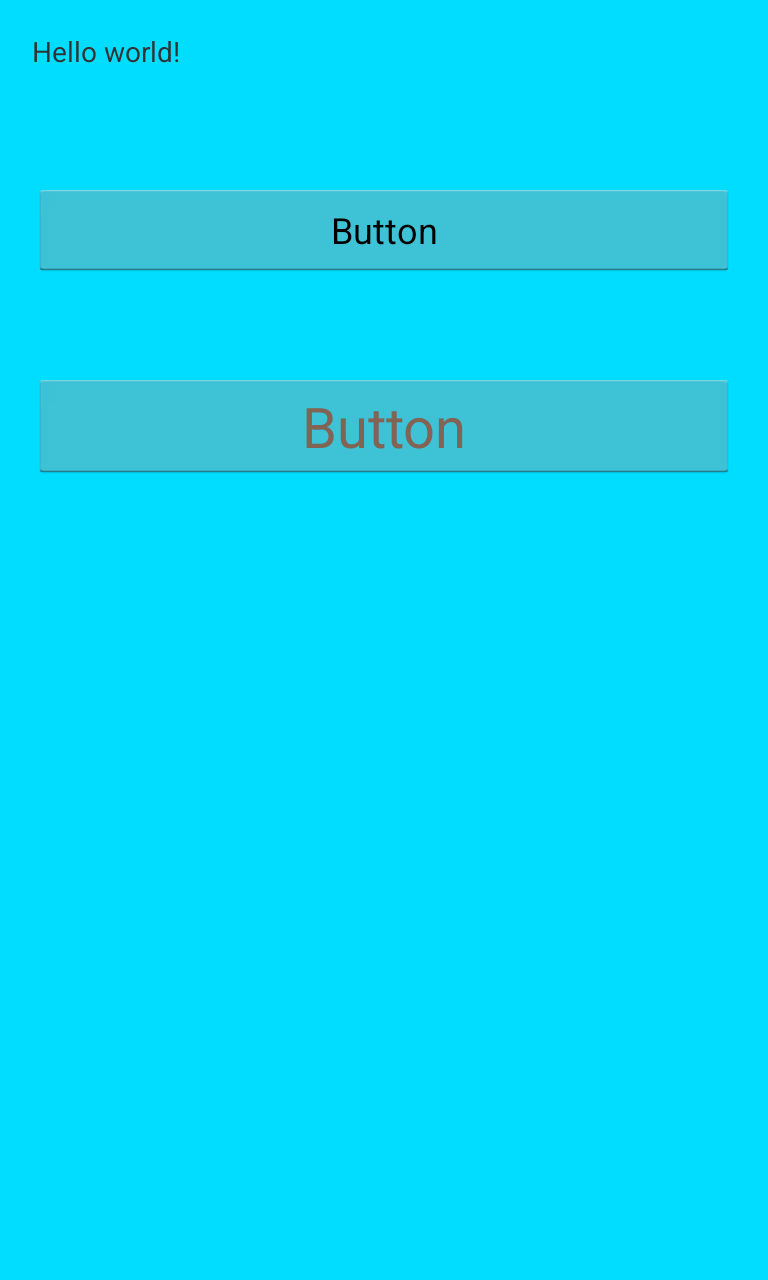
Repository: treizeor/android-examples
Layout: Ch003ThemeAndStyle/res/layout/fragment_main.xml
These files come from the project's save history. The layout is drawn as it stood at one moment and after the next save; the edit follows.
It is drawn on a 768 x 1280 px phone screen (xhdpi) without system bars, with theme AppTheme; the app's code is not run.

Above is the layout before, as saved 2014-06-02 10:13:29.

### Ch003ThemeAndStyle/res/layout/fragment_main.xml
<RelativeLayout xmlns:android="http://schemas.android.com/apk/res/android"
    xmlns:tools="http://schemas.android.com/tools"
    android:layout_width="match_parent"
    android:layout_height="match_parent"
    android:paddingBottom="@dimen/activity_vertical_margin"
    android:paddingLeft="@dimen/activity_horizontal_margin"
    android:paddingRight="@dimen/activity_horizontal_margin"
    android:paddingTop="@dimen/activity_vertical_margin"
    tools:context="com.example.ch003themeandstyle.MainActivity$PlaceholderFragment" >

    <TextView
        android:id="@+id/textView1"
        android:layout_width="wrap_content"
        android:layout_height="wrap_content"
        android:text="@string/hello_world" />

    <Button
        android:id="@+id/button1"
        style="@style/BaseStyle"
        android:layout_alignLeft="@+id/textView1"
        android:layout_below="@+id/textView1"
        android:layout_marginTop="56dp"
        android:text="Button" />

    <Button
        android:id="@+id/button2"
        style="@style/BtnStyle"
        android:layout_alignRight="@+id/button1"
        android:layout_below="@+id/button1"
        android:layout_marginTop="47dp"
        android:text="Button" />

</RelativeLayout>

### Ch003ThemeAndStyle/res/values/styles.xml
<resources xmlns:android="http://schemas.android.com/apk/res/android">

    <!--
        Base application theme, dependent on API level. This theme is replaced
        by AppBaseTheme from res/values-vXX/styles.xml on newer devices.
    -->
    <style name="AppBaseTheme" parent="android:Theme.Light">
        <!--
            Theme customizations available in newer API levels can go in
            res/values-vXX/styles.xml, while customizations related to
            backward-compatibility can go here.
        -->
    </style>

    <!-- Application theme. -->
    <style name="AppTheme" parent="AppBaseTheme">
        <!-- All customizations that are NOT specific to a particular API-level can go here. -->
        <item name="android:windowBackground">@android:color/holo_blue_bright</item>


    </style>

    <style name="BaseStyle">
        <item name="android:layout_width">fill_parent</item>
        <item name="android:layout_height">wrap_content</item>
    </style>

    <style name="BtnStyle" parent="@style/BaseStyle">
        <item name="android:textColor">#826455</item>
        <item name="android:textSize">28dp</item>
    </style>

</resources>

### Ch003ThemeAndStyle/res/values/strings.xml
<?xml version="1.0" encoding="utf-8"?>
<resources>

    <string name="app_name">Ch003ThemeAndStyle</string>
    <string name="hello_world">Hello world!</string>
    <string name="action_settings">Settings</string>

</resources>

Loaded but not shown: Ch003ThemeAndStyle/res/values-v11/styles.xml (common file); Ch003ThemeAndStyle/res/values-v14/styles.xml (common file); Ch003ThemeAndStyle/res/values/dimens.xml (common file); Ch003ThemeAndStyle/res/values-w820dp/dimens.xml (common file)

After the next save:
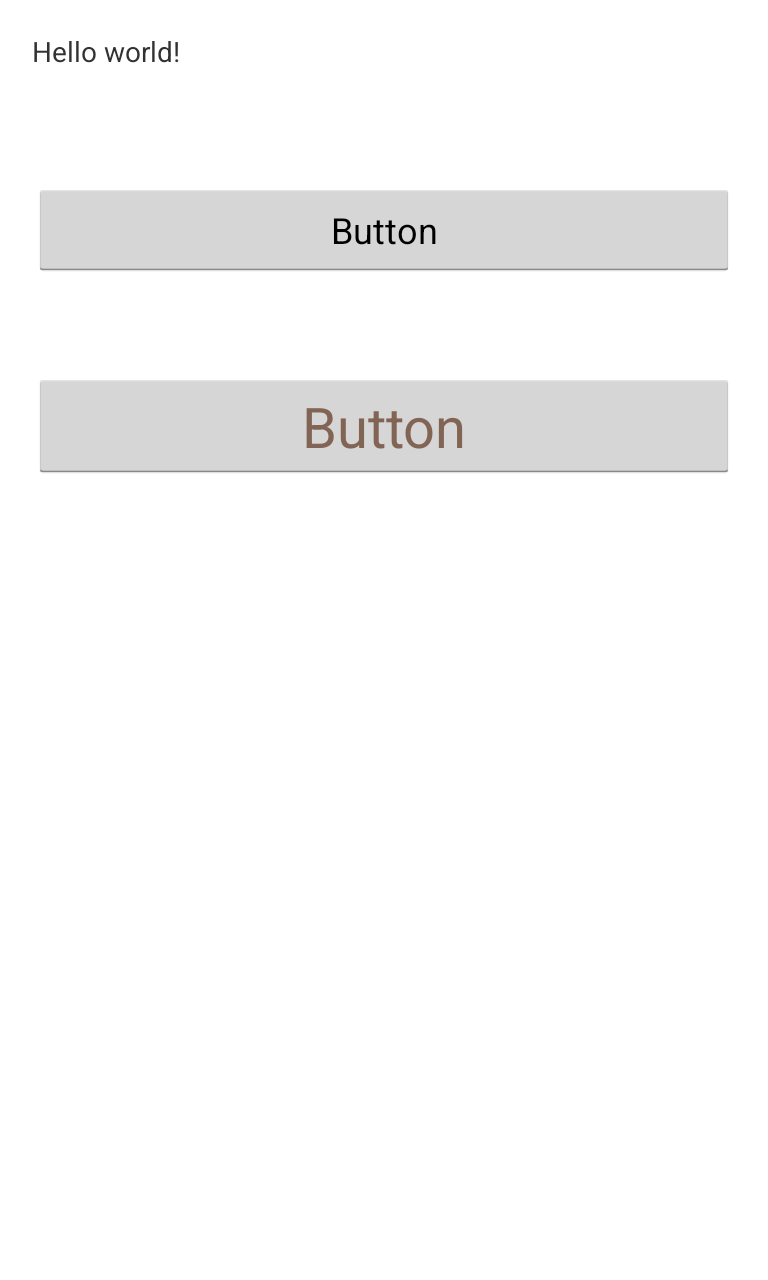
Saved 63 min 49 s later.
--- a/Ch003ThemeAndStyle/res/values/styles.xml
+++ b/Ch003ThemeAndStyle/res/values/styles.xml
@@ -15,7 +15,7 @@
     <!-- Application theme. -->
     <style name="AppTheme" parent="AppBaseTheme">
         <!-- All customizations that are NOT specific to a particular API-level can go here. -->
-        <item name="android:windowBackground">@android:color/holo_blue_bright</item>
+        <item name="android:windowNoTitle"></item>
 
 
     </style>
